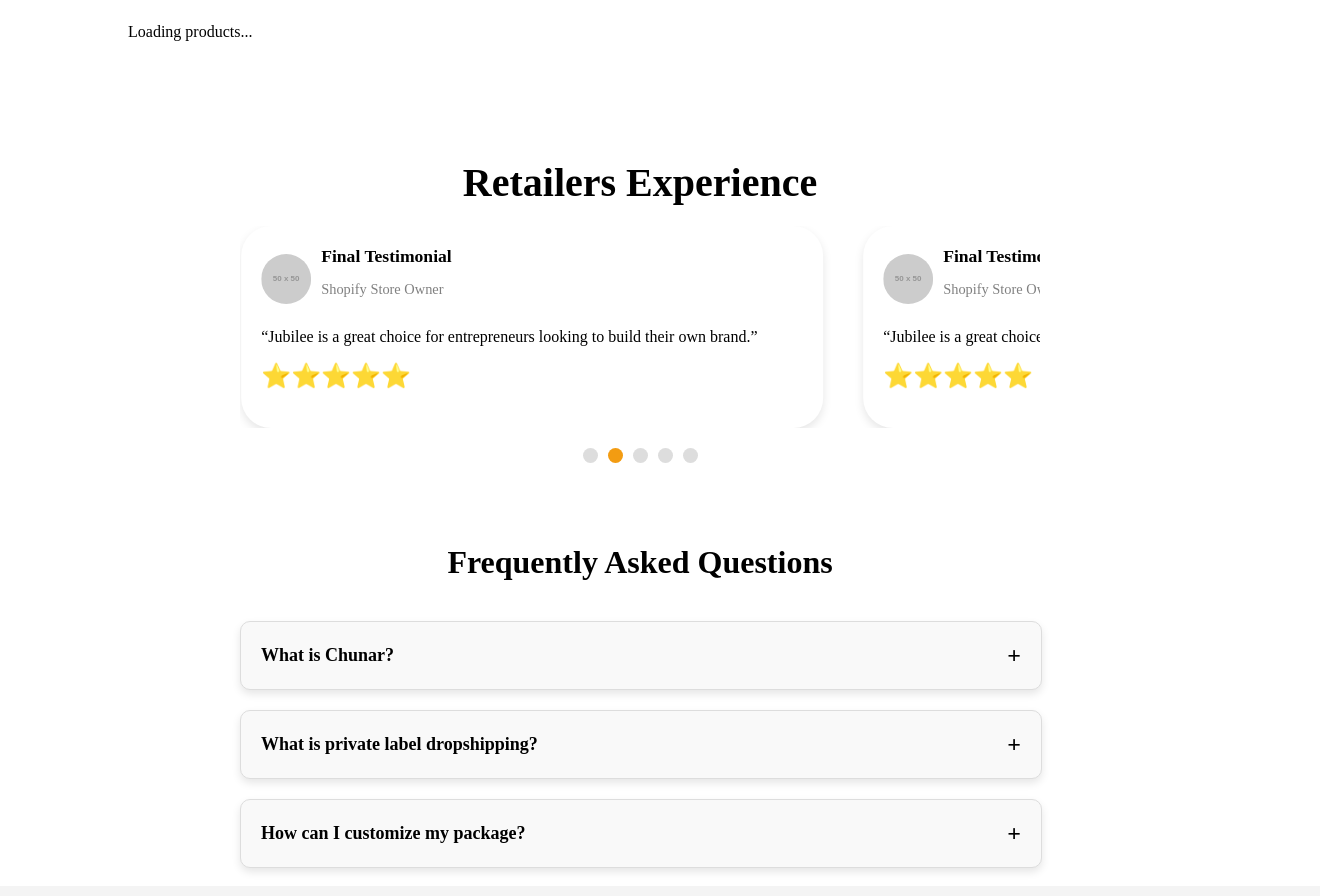
Repository: Nn-Exe/chunar-ecommerce
Page: / (app in ecommerce-frontend/)
The author's editor kept a copy of each file at every save. The page is drawn from the files as they stood at one save, then again after the next save.
The browser window is 1280 px wide. The page is 1320 px wide, so the pictures cover 1320 px, including what lies to the right of the window. The pictures show the part of the page from y = 938 to 1834 px (the page is 2001 px tall before and 1983 px after).
The page's requests for data from a server got no answer. The project was rebuilt for these pictures with package versions that can differ from the ones it lists, and the page was loaded fresh each time. No one was signed in, and anything a server would have sent is missing.

Above is the page before, as saved 2024-09-11 18:04:38.

### ecommerce-frontend/src/App.js
import React, { useState, useEffect } from 'react';
import './App.css';
import { BrowserRouter as Router, Route, Routes } from 'react-router-dom';  // Importing React Router
import Navbar from './components/Navbar';  // Correct way to import default export
import HeroSection from './components/HeroSection';  // Correct way to import default export
import ProductList from './components/ProductList';  // Correct way to import default export
import Faq from './components/Faq';  // Import the Faq component from the components folder
import TestimonialCarousel from './components/TestimonialCarousel';


// Home page component (the default view)
function Home({ products }) {
  return (
    <div className="home-page">
      {/* Hero Section */}
      <div className="hero-container">
        <HeroSection />
      </div>

      {/* Featured Products Section */}
      <section className="products-section">
        <div className="section-header">
          <h2>Featured Products</h2>
        </div>

        <div className="product-grid">
          <ProductList products={products} />
        </div>
      </section>

      <br />

      {/* FAQ Section */}

      <TestimonialCarousel />
      <Faq />  {/* Using the imported Faq component */}

      {/* Add more sections here */}

      <br />

      <section className="about-section">
        <div className="about-content">
          <h3>About Us</h3>
          <p>Learn more about our company and our mission.</p>
        </div>
      </section>
    </div>
  );
}

// Other page components
function Live() {
  return <h2>Live Page</h2>;
}

function Contacts() {
  return <h2>Contacts Page</h2>;
}

function SocialMedia() {
  // External link can be opened using an anchor tag, so no need for a separate page.
  window.location.href = "https://linktr.ee/chunar.co";  // Redirect to external social media page
  return null;
}

function App() {
  const [products, setProducts] = useState([]);

  useEffect(() => {
    fetch('http://localhost:5000/api/products')
      .then((response) => response.json())
      .then((data) => setProducts(data))
      .catch((error) => console.error('Error fetching products:', error));
  }, []);

  return (
    <Router>
      <div className="App">
        <header className="App-header">
          <h1>Chunar.Co</h1>
          <Navbar />
        </header>

        <Routes>
          {/* Home page route */}
          <Route path="/" element={<Home products={products} />} />

          {/* Other pages */}
          <Route path="/live" element={<Live />} />
          <Route path="/contacts" element={<Contacts />} />

          {/* Redirect to external social media link */}
          <Route path="/social-media" element={<SocialMedia />} />
        </Routes>
      </div>
    </Router>
  );
}

export default App;

### ecommerce-frontend/src/App.css
/* Global for entire app */

* {
  font-family: 'Times New Roman', Times, serif;
}


/* ------------- Main Structure ------------ */

.App-header {
  background-color: #333;
  color: white;
  padding: 20px;
  text-align: center;
}

nav ul {
  list-style-type: none;
  padding: 0;
  margin: 0;
  display: flex;
  justify-content: center;
  gap: 20px;
}

nav ul li a {
  color: white;
  text-decoration: none;
  font-size: 16px;
}

.hero {
  position: relative;
  text-align: center;
}

.hero-banner {
  width: 100%;
  height: 700px;
  object-fit: cover;
}

.hero-text {
  position: absolute;
  top: 50%;
  left: 50%;
  transform: translate(-50%, -50%);
  color: white;
  font-size: 24px;
  font-weight: bold;
}

.products {
  padding: 40px;
  text-align: center;
}

.product-list {
  display: grid;
  grid-template-columns: repeat(5, 1fr);
  gap: 20px;
}

.product-card {
  border: 1px solid #ddd;
  padding: 20px;
  text-align: center;
  transition: transform 0.3s;
  border-radius: 20px;
}

.product-card img {
  max-width: 100%;
  height: auto;
  margin-bottom: 10px;
}

.product-card:hover {
  transform: scale(1.05);
}


.product-card img {
  width: 200px;
  height: 200px;
  object-fit: cover;   /* Ensures the image covers the given area */
  border-radius: 10px; /* Optional: adds rounded corners */
}



/* ----------- Home Div -------------- */

/* App.css */

.home-page {
  display: flex;
  flex-direction: column;
  align-items: center;
}

/* Hero Section */
.hero-container {
  width: 100%;
  margin-bottom: 20px;
}

/* Products Section */
.products-section {
  width: 80%;
  margin: 0 auto;
}

.section-header h2 {
  text-align: center;
  font-size: 2rem;
  margin-bottom: 20px;
}

/* About Section */
.about-section {
  background-color: #f4f4f4;
  padding: 40px;
  width: 100%;
  text-align: center;
}

.about-section h3 {
  margin-bottom: 10px;
}

.about-section p {
  font-size: 1.1rem;
}


/* ----------- FAQ Section ---------------- */


/* Center the FAQ section */
.faq-section {
  max-width: 800px; /* Set a larger max-width for the entire FAQ section */
  width: 100%;      /* Ensure it takes up 100% of the available width */
  margin: 0 auto;   /* Center the FAQ section on the page */
  text-align: center;
}

/* Style the header separately */
.faq-section h2 {
  font-size: 32px;
  margin-bottom: 40px;
}

/* Grid layout for the FAQ items (excluding the header) */
.faq-items {
  display: grid;
  grid-template-columns: 1fr; /* One column layout */
  gap: 20px; /* Space between the FAQ items */
}

/* Style each FAQ item */
.faq-item {
  border: 1px solid #ddd;
  border-radius: 10px;
  width: 100%; /* Make the FAQ item take up 100% of the container */
  background-color: #f9f9f9;
  box-shadow: 0 4px 8px rgba(0, 0, 0, 0.1);
  transition: transform 0.5s ease-in-out, background-color 330ms ease-in-out, box-shadow 330ms ease-in-out;
  overflow: hidden; /* Ensure content is hidden initially */
}

/* Box hover effect */
.faq-item:hover {
  box-shadow: 0 6px 12px rgba(0, 0, 0, 0.1);
  background-color: #f1f1f1;
}

/* Active FAQ item */
.faq-item.active {
  background-color: #ececec;
}

/* Style the FAQ question (clickable area) */
.faq-question {
  padding: 20px;
  cursor: pointer;
  display: flex;
  justify-content: space-between;
  align-items: center;
  font-weight: bold;
  font-size: 18px;
  width: 100%; /* Full width for the question area */
  box-sizing: border-box;
}

/* Style the FAQ answer */
.faq-answer {
  padding: 0 20px;
  overflow: hidden;
  max-height: 0;
  opacity: 0;
  transition: max-height 0.5s ease, opacity 0.5s ease;
  width: 100%; /* Full width for the answer area */
  box-sizing: border-box;
}

/* When the FAQ item is active, show the answer with a smooth transition */
.faq-item.active .faq-answer {
  max-height: 500px;
  opacity: 1;
  padding-bottom: 20px;
}

/* Style the icon for toggling */
.icon {
  font-size: 24px;
  font-weight: bold;
  transition: transform 0.3s ease;
}

.faq-item.active .icon {
  transform: rotate(45deg);
}

/* -----------  TestimonialCarousel ------------- */


/* Style for the testimonial section */
.testimonial-section {
  text-align: center;
  max-width: 800px;
  margin: 0 auto;
  padding: 50px 0;
}

.testimonial-section h2 {
  font-size: 2.5rem;
  margin-bottom: 20px;
}

/* Carousel container */
.carousel {
  display: flex;
  overflow: hidden;
  max-width: 100%; /* Ensure full width */
  margin: 0 auto;
}

.carousel-inner {
  display: flex;
  transition: transform 0.5s ease-in-out;
  width: calc(200% * 4); /* Width for two testimonials per slide */
}

/* Each card wrapper for two cards per slide */
.testimonial-card-wrapper {
  display: flex;
  flex: 0 0 33%; /* Each card takes 50% of the slide width */
  box-sizing: border-box;
  padding: 0 10px;
}

/* Testimonial card styling */
.testimonial-card {
  background-color: #fff;
  padding: 20px;
  border-radius: 30px;
  box-shadow: 0 4px 10px rgba(0, 0, 0, 0.1);
  text-align: left;
  margin: 0 auto;
  width: 90%;
  height: 80%;
  position: center;
}

.profile {
  display: flex;
  align-items: center;
}

.profile img {
  border-radius: 50%;
  margin-right: 10px;
}

.profile-details h4 {
  font-size: 1.1rem;
  margin: 0;
}

.profile-details p {
  font-size: 0.9rem;
  color: gray;
}

.stars {
  font-size: 1.5rem;
  color: #f39c12;
  margin-top: 10px;
}

/* Navigation dots */
.dots {
  margin-top: 20px;
}

.dot {
  height: 15px;
  width: 15px;
  margin: 0 5px;
  background-color: #ddd;
  border-radius: 50%;
  display: inline-block;
  cursor: pointer;
}

.active {
  background-color: #f39c12;
}

### ecommerce-frontend/src/components/Navbar.js
import React from 'react';
import { Link } from 'react-router-dom';

function Navbar() {
  return (
    <nav>
      <ul>
        <li><Link to="/">Home</Link></li>  {/* Links to the home page */}
        <li><Link to="/live">Live</Link></li>  {/* Links to the live page */}
        <li><a href="https://linktr.ee/chunar.co" target="_blank" rel="noopener noreferrer">Social Media</a></li> {/* Opens external link in new tab */}
        <li><Link to="/contacts">Contacts</Link></li>  {/* Links to the contacts page */}
      </ul>
    </nav>
  );
}

export default Navbar;

### ecommerce-frontend/src/components/HeroSection.js
import React from 'react';

function HeroSection() {
  return (
    <section className="hero">
      <img src="https://raw.githubusercontent.com/Nn-Exe/chunar-images/master/banner/chunar%20banner.png" alt="Banner" className="hero-banner" />
      <div className="hero-text">
        {/* <h2>Three things cannot be long hidden: The Sun, The Moon, and The Truth.</h2> */}
      </div>
    </section>
  );
}

export default HeroSection;  // Ensure you have this line

### ecommerce-frontend/src/components/ProductList.js
import React from 'react';

function ProductList({ products }) {
  return (
    <div className="product-list">
      {products.length === 0 ? (
        <p>Loading products...</p>
      ) : (
        products.map((product) => (
          <div key={product.id} className="product-card">
              <img
                src={product.image}
                alt={product.name}
                className="product-image"
              />
            <h3>{product.name}</h3>
            <p>{product.description}</p>
            <p>{product.price}</p>
          </div>
        ))
      )}
    </div>
  );
}

export default ProductList;

### ecommerce-frontend/src/components/Faq.js
import React, { useState } from 'react';

const Faq = () => {
  const [activeIndex, setActiveIndex] = useState(null);

  const toggleFaq = (index) => {
    setActiveIndex(activeIndex === index ? null : index);
  };

  return (
    <div className="faq-section">
      <h2>Frequently Asked Questions</h2>

      <div className="faq-items"> {/* Grid layout for the items */}
        <div className={`faq-item ${activeIndex === 0 ? 'active' : ''}`}>
          <div className="faq-question" onClick={() => toggleFaq(0)}>
            <span>What is Chunar?</span>
            <span className="icon">{activeIndex === 0 ? '-' : '+'}</span>
          </div>
          {activeIndex === 0 && (
            <div className="faq-answer">
              <p>Chunar is a dropshipping marketplace that lets you build your own cosmetic and skincare line with minimal upfront costs...</p>
            </div>
          )}
        </div>

        <div className={`faq-item ${activeIndex === 1 ? 'active' : ''}`}>
          <div className="faq-question" onClick={() => toggleFaq(1)}>
            <span>What is private label dropshipping?</span>
            <span className="icon">{activeIndex === 1 ? '-' : '+'}</span>
          </div>
          {activeIndex === 1 && (
            <div className="faq-answer">
              <p>Private label dropshipping allows you to sell products from suppliers with your own branding...</p>
            </div>
          )}
        </div>

        <div className={`faq-item ${activeIndex === 2 ? 'active' : ''}`}>
          <div className="faq-question" onClick={() => toggleFaq(2)}>
            <span>How can I customize my package?</span>
            <span className="icon">{activeIndex === 2 ? '-' : '+'}</span>
          </div>
          {activeIndex === 2 && (
            <div className="faq-answer">
              <p>Private labeling is a great way to showcase your brand...</p>
            </div>
          )}
        </div>
      </div>
    </div>
  );
};

export default Faq;

### ecommerce-frontend/src/components/TestimonialCarousel.js
import React, { useState, useEffect } from 'react';


const TestimonialCarousel = () => {
  const [currentSlide, setCurrentSlide] = useState(0);

  const testimonials = [
    {
      name: 'Supisara Permsuk',
      title: 'Chunar.Co Store Owner',
      text: '“I can’t say enough good things about Chunar. Our dropshipping model is efficient, and the product quality is excellent...”',
      stars: 5,
    },
    {
      name: 'Supapis Permsuk',
      title: 'Chunar.Co Store Owner',
      text: '“Starting my own beauty brand seemed daunting, but Jubilee made it incredibly easy. The customization options are fantastic...”',
      stars: 5,
    },
    {
      name: 'Another Testimonial',
      title: 'Shopify Store Owner',
      text: '“Another positive review about how amazing Jubilee is.”',
      stars: 4,
    },
    {
      name: 'Final Testimonial',
      title: 'Shopify Store Owner',
      text: '“Jubilee is a great choice for entrepreneurs looking to build their own brand.”',
      stars: 5,
    },
    {
      name: 'Final Testimonial',
      title: 'Shopify Store Owner',
      text: '“Jubilee is a great choice for entrepreneurs looking to build their own brand.”',
      stars: 5,
    },
    {
      name: 'Final Testimonial',
      title: 'Shopify Store Owner',
      text: '“Jubilee is a great choice for entrepreneurs looking to build their own brand.”',
      stars: 5,
    },
    {
      name: 'Final Testimonial',
      title: 'Shopify Store Owner',
      text: '“Jubilee is a great choice for entrepreneurs looking to build their own brand.”',
      stars: 5,
    },
    {
      name: 'Final Testimonial',
      title: 'Shopify Store Owner',
      text: '“Jubilee is a great choice for entrepreneurs looking to build their own brand.”',
      stars: 5,
    },
    {
      name: 'Final Testimonial',
      title: 'Shopify Store Owner',
      text: '“Jubilee is a great choice for entrepreneurs looking to build their own brand.”',
      stars: 5,
    }
  ];

  // Calculate the number of slides needed (two testimonials per slide)
  const totalSlides = Math.ceil(testimonials.length / 2);

  // Auto-slide functionality
  useEffect(() => {
    const interval = setInterval(() => {
      setCurrentSlide((prevSlide) => (prevSlide + 1) % totalSlides);
    }, 4000); // Slide every 4 seconds
    return () => clearInterval(interval); // Cleanup interval on component unmount
  }, [totalSlides]);

  // Function to move the slides manually
  const moveSlide = (index) => {
    setCurrentSlide(index);
  };

  return (
    <div className="testimonial-section">
      <h2>Retailers Experience</h2>
      <div className="carousel">
        <div
          className="carousel-inner"
          style={{
            transform: `translateX(-${currentSlide * 100}%)`, // Move by 100% per slide
          }}
        >
          {testimonials.map((testimonial, index) => (
            <div className="testimonial-card-wrapper" key={index}>
              <div className="testimonial-card">
                <div className="profile">
                  <img
                    src="https://via.placeholder.com/50"
                    alt="Profile"
                  />
                  <div className="profile-details">
                    <h4>{testimonial.name}</h4>
                    <p>{testimonial.title}</p>
                  </div>
                </div>
                <p>{testimonial.text}</p>
                <div className="stars">
                  {'⭐'.repeat(testimonial.stars)}
                </div>
              </div>
            </div>
          ))}
        </div>
      </div>

      {/* Dots for navigation */}
      <div className="dots">
        {[...Array(totalSlides)].map((_, index) => (
          <span
            key={index}
            className={`dot ${index === currentSlide ? 'active' : ''}`}
            onClick={() => moveSlide(index)}
          ></span>
        ))}
      </div>
    </div>
  );
};

export default TestimonialCarousel;

Loaded but not shown: ecommerce-frontend/public/index.html (common file); ecommerce-frontend/src/index.js (common file); ecommerce-frontend/src/index.css (common file); ecommerce-frontend/src/reportWebVitals.js (common file)

After the next save:
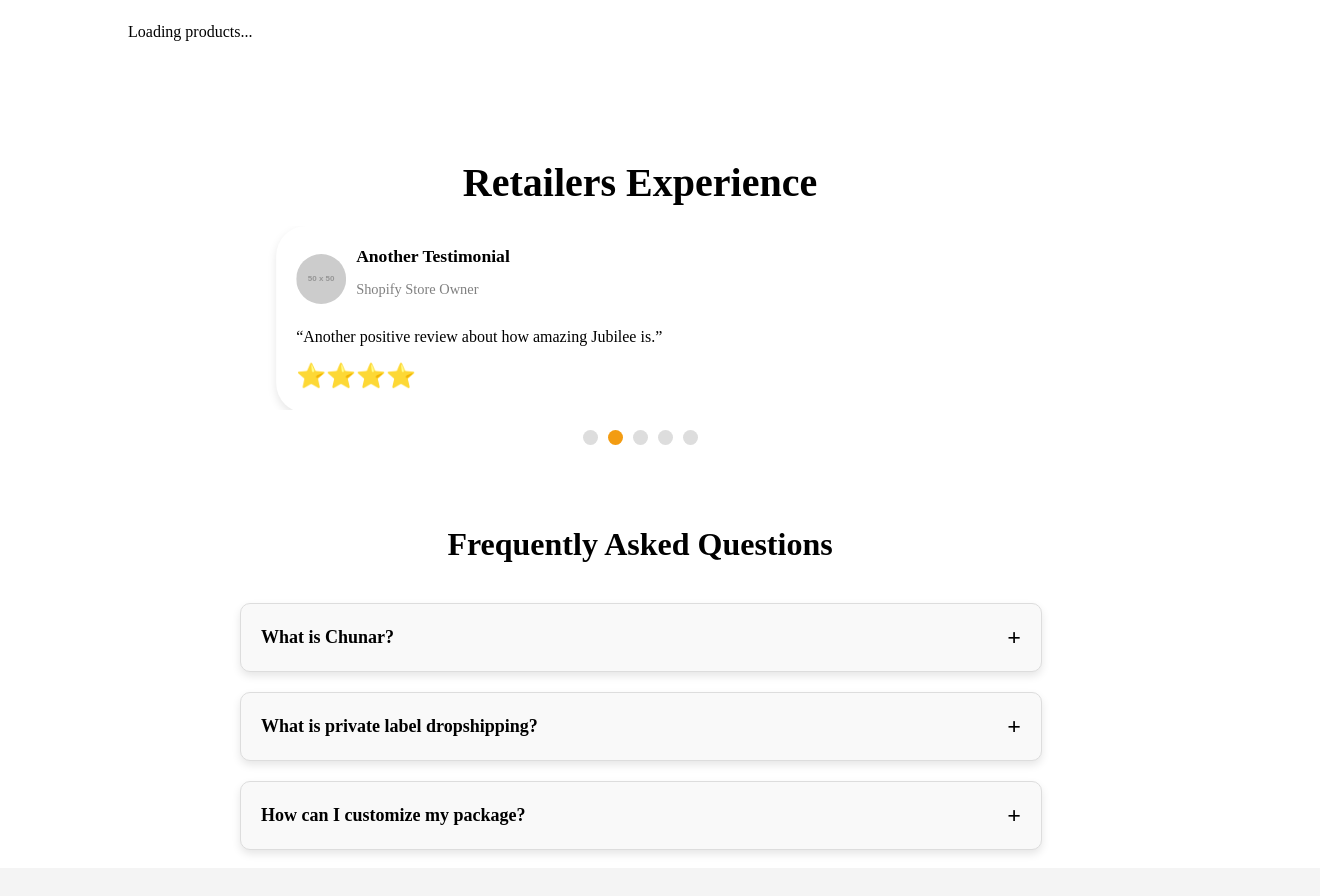
Saved 12 s later.
--- a/ecommerce-frontend/src/App.css
+++ b/ecommerce-frontend/src/App.css
@@ -249,13 +249,13 @@ nav ul li a {
 .carousel-inner {
   display: flex;
   transition: transform 0.5s ease-in-out;
-  width: calc(200% * 4); /* Width for two testimonials per slide */
+  width: calc(200% * 2); /* Width for two testimonials per slide */
 }
 
 /* Each card wrapper for two cards per slide */
 .testimonial-card-wrapper {
   display: flex;
-  flex: 0 0 33%; /* Each card takes 50% of the slide width */
+  flex: 0 0 50%; /* Each card takes 50% of the slide width */
   box-sizing: border-box;
   padding: 0 10px;
 }
